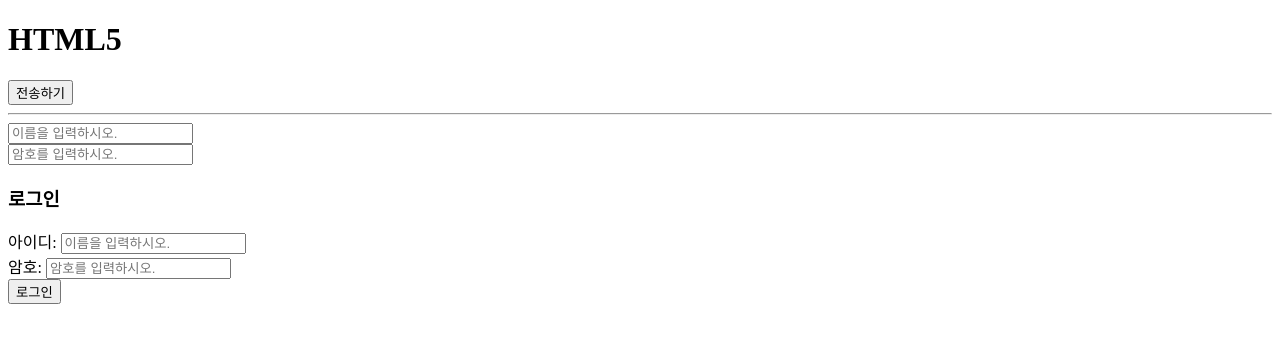
Repository: heoSuKyeong/client_Ssanyong
Page: ClientTest/src/main/webapp/html/ex19_html5.html
These files come from the project's save history. The page is drawn as it stood at one moment and after the next save; the edit follows.
The browser window is 1280 px wide. The pictures show the whole page.

Above is the page before, as saved 2023-09-21 08:15:47.

After the next save:
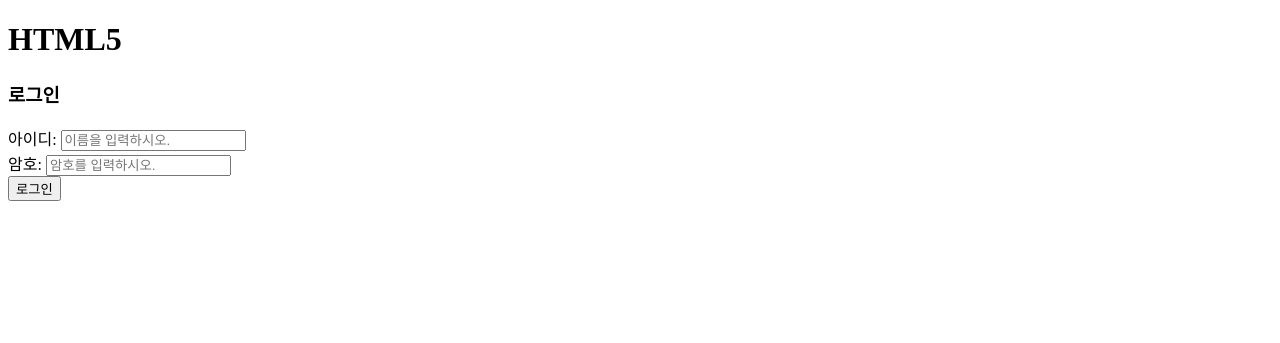
Saved 2 min 31 s later.
--- a/ClientTest/src/main/webapp/html/ex19_html5.html
+++ b/ClientTest/src/main/webapp/html/ex19_html5.html
@@ -5,7 +5,7 @@
 <title>Insert title here</title>
 </head>
 <body>
-	<h1>HTML5</h1>
+<!-- 	<h1>HTML5</h1>
 
 	<form method="POST" action="ex18_server.jsp">
 		<input type="submit" value="전송하기">
@@ -22,6 +22,15 @@
 		암호: <input type="password" placeholder="암호를 입력하시오." required><br>
 		<input type="submit" value="로그인">
 
+	</form> -->
+
+	<h1>HTML5</h1>
+
+	<form method="POST" action="ex18_server.jsp">
+		<h3>로그인</h3>
+		아이디: <input type="text" placeholder="이름을 입력하시오."><br>
+		암호: <input type="password" placeholder="암호를 입력하시오."><br>
+		<input type="submit" value="로그인">
 	</form>
 
 </body>
